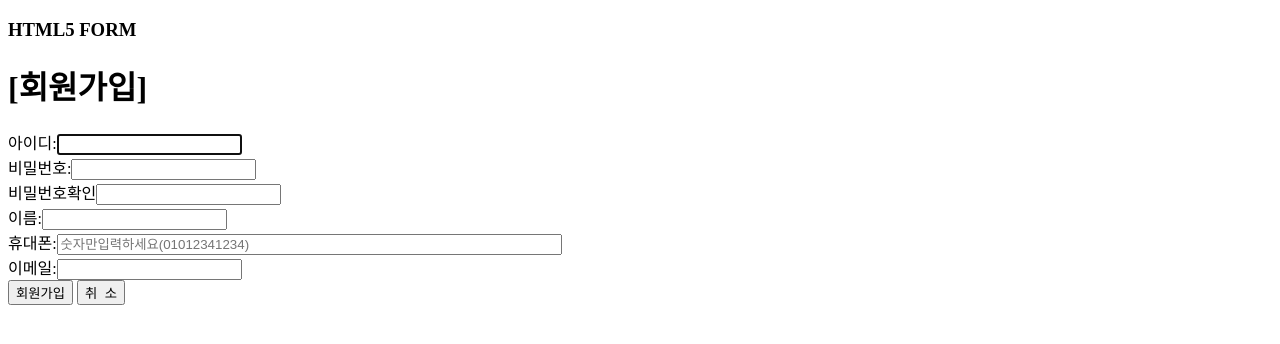
Repository: helloJunejun/WorkSpace_WebUi
Page: 0.3html5_form/src/main/webapp/sample_html5-1.html
These files come from the project's save history. The page is drawn as it stood at one moment and after the next save; the edit follows.
The browser window is 1280 px wide. The pictures show the whole page.

Above is the page before, as saved 2021-06-24 05:43:24.

### 0.3html5_form/src/main/webapp/sample_html5-1.html
<!DOCTYPE html>
<html>
<head>
<meta charset="UTF-8">
<title>HTML5 FORM 예제</title>
</head>
<body>
<h3>HTML5 FORM</h3>
<form action="" method="get">
<h1>[회원가입]</h1>
	<form action="result.html" method="post">
		아이디:<input type="text" name="memberId"
				autofocus="autofocus"
				required="required"><br>
		비밀번호:<input type="password" name="memberPw"
				required="required"><br>
		비밀번호확인<input type="password" name="memberPw"
				required="required"><br>
		이름:<input type="text" name="name"
				required="required"><br>
		휴대폰:<input type="text" name="mobile"
				required="required"
				placeholder="숫자만입력하세요(01012341234)"
				size="60"><br>
		이메일:<input type="text" name="email"
				required="required"><br>


		<input type="submit" value="회원가입">
		<input type="reset" value="취  소">


	</form>
</form>
</body>
</html>

After the next save:
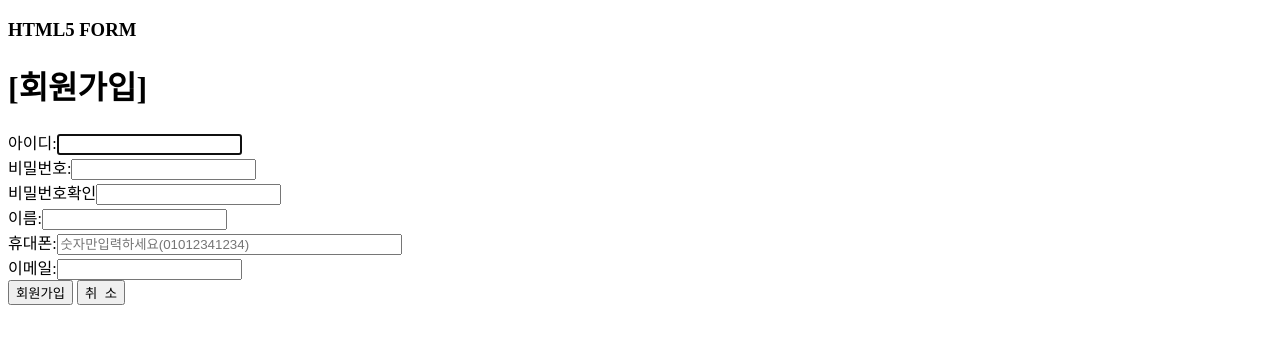
Saved 9 s later.
--- a/0.3html5_form/src/main/webapp/sample_html5-1.html
+++ b/0.3html5_form/src/main/webapp/sample_html5-1.html
@@ -21,7 +21,7 @@
 		휴대폰:<input type="text" name="mobile"
 				required="required"
 				placeholder="숫자만입력하세요(01012341234)"
-				size="60"><br>
+				size="40"><br>
 		이메일:<input type="text" name="email"
 				required="required"><br>
 
